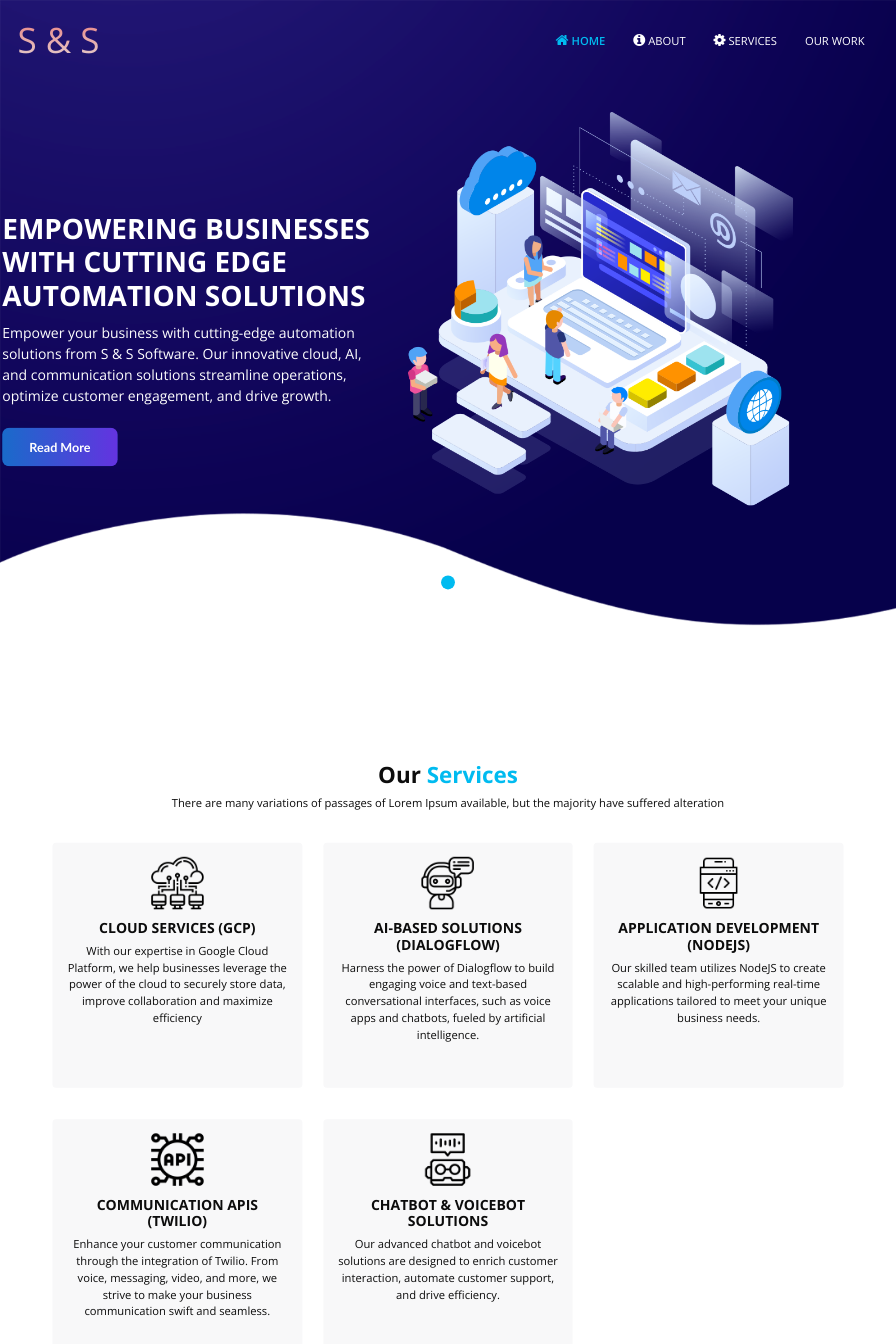
Repository: samuelsns/S-S-Software
Page: index.html
The author's editor kept a copy of each file at every save. The page is drawn from the files as they stood at one save, then again after the next save.
The browser window is 1280 px wide. The pictures show the part of the page from y = 0 to 1920 px (the page is 4829 px tall), at 70% of full size.

Above is the page before, as saved 2023-12-01 04:14:06.

### index.html
<!DOCTYPE html>
<html>
  <head>
    <!-- Basic -->
    <meta charset="utf-8" />
    <meta http-equiv="X-UA-Compatible" content="IE=edge" />
    <!-- Mobile Metas -->
    <meta
      name="viewport"
      content="width=device-width, initial-scale=1, shrink-to-fit=no"
    />
    <!-- Site Metas -->
    <meta name="keywords" content="" />
    <meta name="description" content="" />
    <meta name="author" content="" />
    <link rel="shortcut icon" href="images/favicon.png" type="" />

    <title>S&S</title>

    <!-- bootstrap core css -->
    <link rel="stylesheet" type="text/css" href="css/bootstrap.css" />

    <!-- fonts style -->
    <link
      href="https://fonts.googleapis.com/css2?family=Roboto:wght@400;500;700;900&display=swap"
      rel="stylesheet"
    />

    <!--owl slider stylesheet -->
    <link
      rel="stylesheet"
      type="text/css"
      href="https://cdnjs.cloudflare.com/ajax/libs/OwlCarousel2/2.3.4/assets/owl.carousel.min.css"
    />

    <!-- font awesome style -->
    <link href="css/font-awesome.min.css" rel="stylesheet" />

    <!-- Custom styles for this template -->
    <link href="css/style.css" rel="stylesheet" />
    <!-- responsive style -->
    <link href="css/responsive.css" rel="stylesheet" />
  </head>

  <body>
    <div class="hero_area">
      <div class="hero_bg_box">
        <div class="bg_img_box">
          <img src="images/hero-bg.png" alt="" />
        </div>
      </div>

      <!-- header section strats -->
      <header class="header_section">
        <div class="container-fluid">
          <nav class="navbar navbar-expand-lg custom_nav-container">
            <a class="navbar-brand" href="index.html">
              <span> S & S </span>
            </a>

            <button
              class="navbar-toggler"
              type="button"
              data-toggle="collapse"
              data-target="#navbarSupportedContent"
              aria-controls="navbarSupportedContent"
              aria-expanded="false"
              aria-label="Toggle navigation"
            >
              <span class=""> </span>
            </button>

            <div class="collapse navbar-collapse" id="navbarSupportedContent">
              <div class="collapse navbar-collapse" id="navbarSupportedContent">
                <ul class="navbar-nav  ">
                  <li class="nav-item active">
                    <a class="nav-link" href="index.html"><i class="fa fa-home" aria-hidden="true"></i> Home <span class="sr-only">(current)</span></a>
                  </li>
                  <li class="nav-item">
                    <a class="nav-link" href="about.html"><i class="fa fa-info-circle" aria-hidden="true"></i> About</a>
                  </li>
                  <li class="nav-item">
                    <a class="nav-link" href="service.html"><i class="fa fa-cog"></i> Services</a>
                  </li>
                  <li class="nav-item">
                    <a class="nav-link" href="work.html">Our Work</a>
                  </li>
                </ul>
            </div>
          </nav>
        </div>
      </header>
      <!-- end header section -->
      <!-- slider section -->
      <section class="slider_section">
        <div id="customCarousel1" class="carousel slide" data-ride="carousel">
          <div class="carousel-inner">
            <div class="carousel-item active">
              <div class="container">
                <div class="row">
                  <div class="col-md-6">
                    <div class="detail-box">
                      <h1>
                        Empowering Businesses with Cutting Edge Automation
                        Solutions
                      </h1>
                      <p>Empower your business with cutting-edge automation
                        solutions from S & S Software. Our innovative cloud,
                        AI, and communication solutions streamline operations,
                        optimize customer engagement, and drive growth.</p>
                      <div class="btn-box">
                        <a href="about.html" class="btn1"> Read More </a>
                      </div>
                    </div>
                  </div>
                  <div class="col-md-6">
                    <div class="img-box">
                      <img src="images/slider-img.png" alt="" />
                    </div>
                  </div>
                </div>
              </div>
            </div>
            <div class="carousel-item">
              <div class="container">
                <div class="row">
                  <div class="col-md-6">
                    <div class="detail-box">
                      <h1>
                        Transform Customer Interactions with AI-Powered Chat & Voice Bots
                      </h1>
                      <p>
                        Elevate customer experiences with our advanced chat and voice
                        bots. Powered by artificial intelligence, personalized interactions,
                        and seamless communication.
                      </p>
                      <div class="btn-box">
                        <a href="about.html" class="btn1"> Read More </a>
                      </div>
                    </div>
                  </div>
                  <div class="col-md-6">
                    <div class="img-box">
                      <img src="images/slider2-img.png" alt="" />
                    </div>
                  </div>
                </div>
              </div>
            </div>
            <div class="carousel-item">
              <div class="container">
                <div class="row">
                  <div class="col-md-6">
                    <div class="detail-box">
                      <h1>
                        Embrace the Future of Business with Cloud-Powered Automation
                      </h1>
                      <p>
                        Harness the power of cloud technology to transform your
                        business. Our Google Cloud Platform expertise empowers
                        you to securely store data, collaborate effectively,
                        and maximize efficiency.
                      </p>
                      <div class="btn-box">
                        <a href="about.html" class="btn1"> Read More </a>
                      </div>
                    </div>
                  </div>
                  <div class="col-md-6">
                    <div class="img-box">
                      <img src="images/slider3-img.png" alt="" />
                    </div>
                  </div>
                </div>
              </div>
            </div>
          </div>
          <ol class="carousel-indicators">
            <li
              data-target="#customCarousel1"
              data-slide-to="0"
              class="active"
            ></li>
            <li data-target="#customCarousel1" data-slide-to="1"></li>
            <li data-target="#customCarousel1" data-slide-to="2"></li>
          </ol>
        </div>
      </section>
      <!-- end slider section -->
    </div>

    <!-- service section -->

    <section class="service_section layout_padding">
      <div class="service_container">
        <div class="container">
          <div class="heading_container heading_center">
            <h2>Our <span>Services</span></h2>
            <p>
              There are many variations of passages of Lorem Ipsum available,
              but the majority have suffered alteration
            </p>
          </div>
          <div class="row">
            <div class="col-md-4">
              <div class="box">
                <div class="img-box">
                  <img src="images/cloud.png" alt="" />
                </div>
                <div class="detail-box">
                  <h5>Cloud Services (GCP)</h5>
                  <p>
                    With our expertise in Google Cloud Platform,
                    we help businesses leverage the power of the
                    cloud to securely store data, improve
                    collaboration and maximize efficiency
                  </p>
                </div>
              </div>
            </div>
            <div class="col-md-4">
              <div class="box">
                <div class="img-box">
                  <img src="images/ai.png" alt="" />
                </div>
                <div class="detail-box">
                  <h5>AI-Based Solutions (Dialogflow)</h5>
                  <p>
                    Harness the power of Dialogflow to build
                    engaging voice and text-based conversational
                    interfaces, such as voice apps and chatbots,
                    fueled by artificial intelligence.
                  </p>
                </div>
              </div>
            </div>
            <div class="col-md-4">
              <div class="box">
                <div class="img-box">
                  <img src="images/app.png" alt="" />
                </div>
                <div class="detail-box">
                  <h5>Application Development (NodeJS)</h5>
                  <p>
                    Our skilled team utilizes NodeJS to create
                    scalable and high-performing real-time
                    applications tailored to meet your unique
                    business needs.
                  </p>
                </div>
              </div>
            </div>

            <div class="col-md-4">
              <div class="box">
                <div class="img-box">
                  <img src="images/api.png" alt="" />
                </div>
                <div class="detail-box">
                  <h5>Communication APIs (Twilio)</h5>
                  <p>
                    Enhance your customer communication through
                    the integration of Twilio. From voice,
                    messaging, video, and more, we strive to
                    make your business communication swift and seamless.
                  </p>
                </div>
              </div>
            </div>

            <div class="col-md-4">
              <div class="box">
                <div class="img-box">
                  <img src="images/voice.png" alt="" />
                </div>
                <div class="detail-box">
                  <h5>Chatbot & Voicebot Solutions</h5>
                  <p>
                    Our advanced chatbot and voicebot solutions
                    are designed to enrich customer interaction,
                    automate customer support, and drive efficiency.
                  </p>
                </div>
              </div>
            </div>
          </div>
          <div class="btn-box">
            <a href="service.html"> View All </a>
          </div>
        </div>
      </div>
    </section>

    <!-- end service section -->

    <!-- about section -->

    <section class="about_section layout_padding">
      <div class="container">
        <div class="row">
          <div class="col-md-6">
            <div class="img-box">
              <img src="images/about-img.png" alt="" />
            </div>
          </div>
          <div class="col-md-6">
            <div class="detail-box">
              <div class="heading_container heading_center">
                <h2>About <span>Us</span></h2>
              </div>
              <p>
                S & S Software is your trusted partner in automation
                technology, providing state-of-the-art solutions to
                streamline operations, optimize customer engagement,
                and give your business a competitive edge. Leveraging
                advanced technologies like GCP, Dialogflow, NodeJS,
                Twilio, and sophisticated chat and voice bots, we
                empower businesses to harness the power of the cloud,
                build engaging AI-based conversational interfaces,
                create scalable real-time applications, enhance customer
                communication, and automate customer support. Our
                experienced team of developers and consultants
                collaborates closely with you to understand your
                unique needs and deliver custom solutions that exceed
                your expectations. Discover how S & S Software can
                transform your business today.
              </p>
              <a href="about.html"> Read More </a>
            </div>
          </div>
        </div>
      </div>
    </section>

    <!-- end about section -->

    <!-- why section -->

    <section class="why_section layout_padding">
      <div class="container">
        <div class="heading_container heading_center">
          <h2>Why Choose <span>Us</span></h2>
        </div>
        <div class="col-md-8">
          <div class="box">
            <p>
              At S & S Software, we understand that technology drives business.
              That's why we offer superior customer channel automation solutions
              to help you stay ahead of the curve. Our experienced team of
              developers and consultants will work closely with you to
              understand your needs and deliver custom solutions that exceed
              your expectations. Discover how our s kills can boost your
              business today.
            </p>
          </div>
        </div>
      </div>
    </section>

    <!-- end why section -->

    <!-- client section -->
    <section class="client_section layout_padding">
      <div class="container">
        <div class="heading_container heading_center">
          <div class="our-clients">
            <ul>
              <li> <img src="images/1.png" alt=""> <img src="images/1-1.png" alt=""> </li>
              <li> <img src="images/2.png" alt=""> <img src="images/2-2.png" alt=""> </li>
              <li> <img src="images/3.png" alt=""> <img src="images/3-3.png" alt=""> </li>
              <li> <img src="images/4.png" alt=""> <img src="images/4-4.png" alt=""> </li>
              <li> <img src="images/5.png" alt=""> <img src="images/5-5.png" alt=""> </li>
              <li> <img src="images/6.png" alt=""> <img src="images/6-6.png" alt=""> </li>
            </ul>
          </div>
        </div>
      </div>
    </section>
    <!-- end client section -->

      <!-- contact section -->

  <section class="contact_section layout_padding-sm">
    <div class="contact-form">
      <h1>Contact Us</h1>
      <div class="container">
          <div class="main">
              <div class="content">
                  <h2>Contact Us</h2>
                  <form action="#" method="post">
                      <input type="text" name="name" placeholder="Enter Your Name">

                      <input type="email" name="name" placeholder="Enter Your Email">
                      <textarea name="message" placeholder="Your Message"></textarea>
           <button type="submit" class="btn">Send <i class="fas fa-paper-plane"></i></button>
                  </form>
              </div>
              <div class="form-img">
                  <img src="images/contact.png" alt="">
              </div>
          </div>
      </div>
    </div>
  </section>

  <!-- end contact section -->

    <!-- info section -->

    <section class="info_section layout_padding2">
      <div class="container">
        <div class="row">
          <div class="col-md-6 col-lg-3 info_col">
            <div class="info_contact">
              <h4>Address</h4>
              <div class="contact_link_box">
                <a href="https://maps.app.goo.gl/c5CvyGkYoU5ZBVYP8" target="_blank">
                  <i class="fa fa-map-marker" aria-hidden="true"></i>
                  <span> Location </span>
                </a>
                <a href="">
                  <i class="fa fa-phone" aria-hidden="true"></i>
                  <span> Call +251 953118355 </span>
                </a>
                <a href="">
                  <i class="fa fa-envelope" aria-hidden="true"></i>
                  <span> samuel.balcha@gmail.com </span>
                </a>
              </div>
            </div>
            <div class="info_social">
              <a href="">
                <i class="fa fa-facebook" aria-hidden="true"></i>
              </a>
              <a href="">
                <i class="fa fa-twitter" aria-hidden="true"></i>
              </a>
              <a href="">
                <i class="fa fa-linkedin" aria-hidden="true"></i>
              </a>
            </div>
          </div>
          <div class="col-md-6 col-lg-3 info_col">
            <div class="info_detail">
              <h4>Info</h4>
              <p>
                necessary, making this the first true generator on the Internet.
                It uses a dictionary of over 200 Latin words, combined with a
                handful
              </p>
            </div>
          </div>
          <div class="col-md-6 col-lg-2 mx-auto info_col">
            <div class="info_link_box">
              <h4>Links</h4>
              <div class="info_links">
                <a class="active" href="index.html"> Home </a>
                <a class="" href="about.html"> About </a>
                <a class="" href="service.html"> Services </a>
                <a class="" href="work.html"> Our Work </a>
              </div>
            </div>
          </div>

        </div>
      </div>
    </section>

    <!-- end info section -->

    <!-- footer section -->
    <section class="footer_section">
      <div class="container">
        <p>
          &copy; <span id="displayYear"></span> All Rights Reserved by S&S
          Software
        </p>
      </div>
    </section>
    <!-- footer section -->

    <!-- jQery -->
    <script type="text/javascript" src="js/jquery-3.4.1.min.js"></script>
    <!-- popper js -->
    <script
      src="https://cdn.jsdelivr.net/npm/popper.js@1.16.0/dist/umd/popper.min.js"
      integrity="sha384-Q6E9RHvbIyZFJoft+2mJbHaEWldlvI9IOYy5n3zV9zzTtmI3UksdQRVvoxMfooAo"
      crossorigin="anonymous"
    ></script>
    <!-- bootstrap js -->
    <script type="text/javascript" src="js/bootstrap.js"></script>
    <!-- owl slider -->
    <script
      type="text/javascript"
      src="https://cdnjs.cloudflare.com/ajax/libs/OwlCarousel2/2.3.4/owl.carousel.min.js"
    ></script>
    <!-- custom js -->
    <script type="text/javascript" src="js/custom.js"></script>
  </body>
</html>

### css/responsive.css
@media (max-width: 1300px) {
}

@media (max-width: 1120px) {
}

@media (max-width: 992px) {
  .hero_area {
    min-height: auto;
  }

  .hero_area {
    background: linear-gradient(130deg, #231a6f, #0f054c);
  }

  .hero_area .hero_bg_box {
    display: none;
  }

  .slider_section {
    padding: 45px 0 75px 0;
  }

  .custom_nav-container .navbar-nav {
    padding-top: 15px;
    align-items: center;
  }

  .custom_nav-container .navbar-nav .nav-item .nav-link {
    padding: 5px 25px;
    margin: 5px 0;
  }

  .story_section .detail-box p {
    width: 80vw;
  }
}

@media (max-width: 768px) {
  .about_section .img-box {
    margin-bottom: 45px;
  }

  .contact-form .main {
    flex-direction: column;
  }
  .contact-form form {
    margin-top: 30px;
    margin-bottom: 10px;
  }
  .form-img {
    border-radius: 0;
    border-bottom-left-radius: 8px;
    border-bottom-right-radius: 8px;
    order: 2;
  }
  .content {
    order: 1;
    border-top-left-radius: 8px;
    border-top-right-radius: 8px;
  }
}

@media (max-width: 576px) {
  .header_section .header_top .contact_nav a span {
    display: none;
  }

  .client_section .client_container {
    width: 100%;
  }

  .client_section .box {
    margin: 0;
  }

  .owl-nav {
    display: flex;
    justify-content: center;
    margin-top: 45px;
  }

  .client_section .owl-carousel .owl-nav .owl-prev,
  .client_section .owl-carousel .owl-nav .owl-next {
    position: unset;
    margin: 0 2.5px;
  }

  .story_section .detail-box p {
    width: auto;
  }
}

@media (max-width: 480px) {
  .slider_section .detail-box h1 {
    font-size: 2rem;
  }

  .track_section form {
    flex-direction: column;
    align-items: flex-start;
  }

  .track_section form input {
    width: 100%;
  }

  .track_section form button {
    padding: 10px 60px;
    margin-top: 10px;
  }

  .story_section .detail-box p {
    width: auto;
  }
}

@media (max-width: 420px) {
  .service_section .box {
    flex-direction: column;
  }

  .service_section .box .img-box {
    justify-content: flex-start;
    margin-bottom: 15px;
  }

  .story_section .detail-box p {
    width: auto;
  }
}

@media (max-width: 376px) {
  .story_section .detail-box p {
    width: auto;
  }
}

@media (min-width: 1200px) {
  .container {
    max-width: 1170px;
  }
}

Loaded but not shown: css/bootstrap.css (library); css/font-awesome.min.css (library); js/jquery-3.4.1.min.js (library); js/bootstrap.js (library); js/custom.js (34 lines, source omitted); css/style.css (876 lines, source omitted)

After the next save:
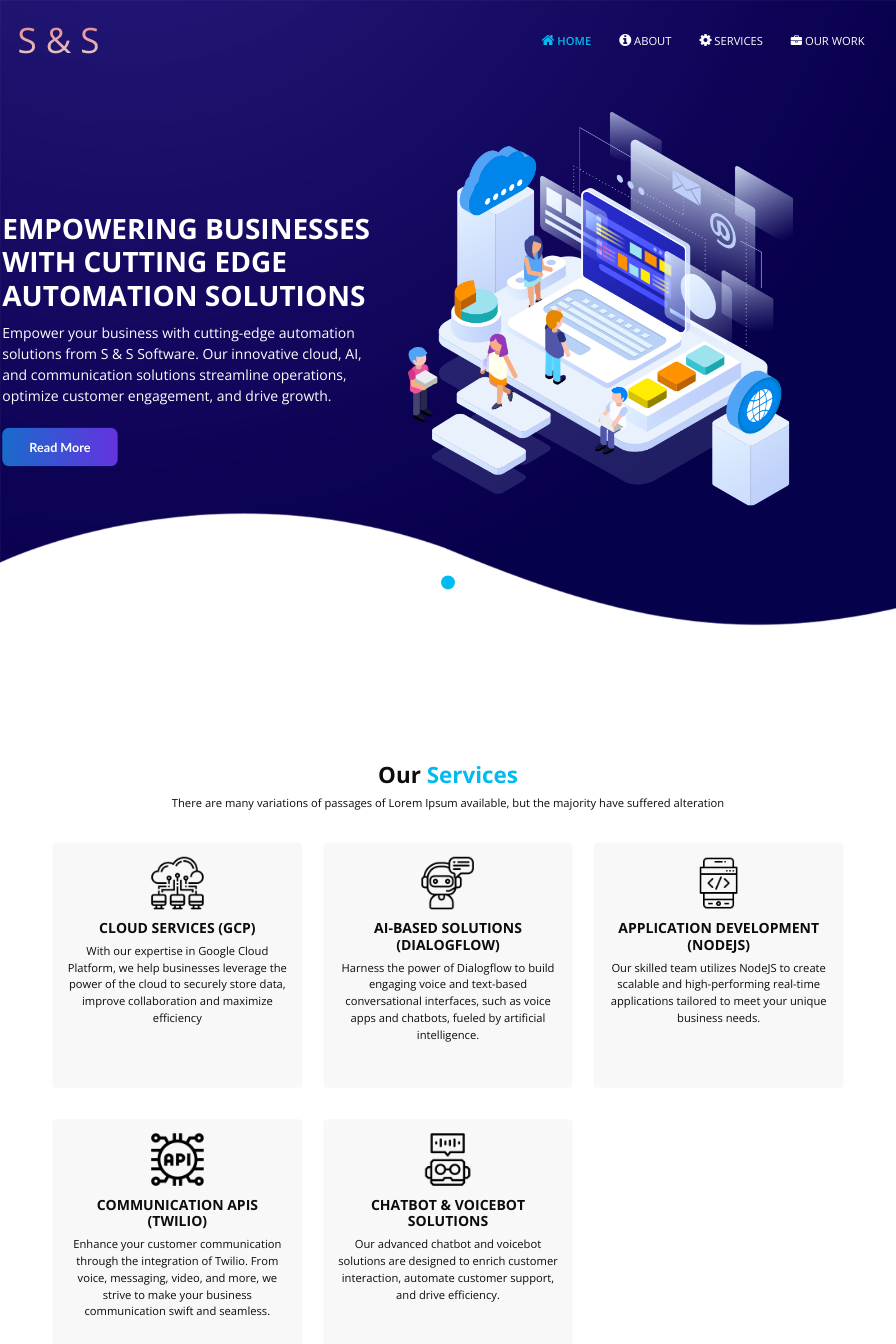
Saved 118 s later.
--- a/index.html
+++ b/index.html
@@ -83,7 +83,7 @@
                     <a class="nav-link" href="service.html"><i class="fa fa-cog"></i> Services</a>
                   </li>
                   <li class="nav-item">
-                    <a class="nav-link" href="work.html">Our Work</a>
+                    <a class="nav-link" href="work.html"><i class="fa fa-briefcase" aria-hidden="true"></i> Our Work</a>
                   </li>
                 </ul>
             </div>
